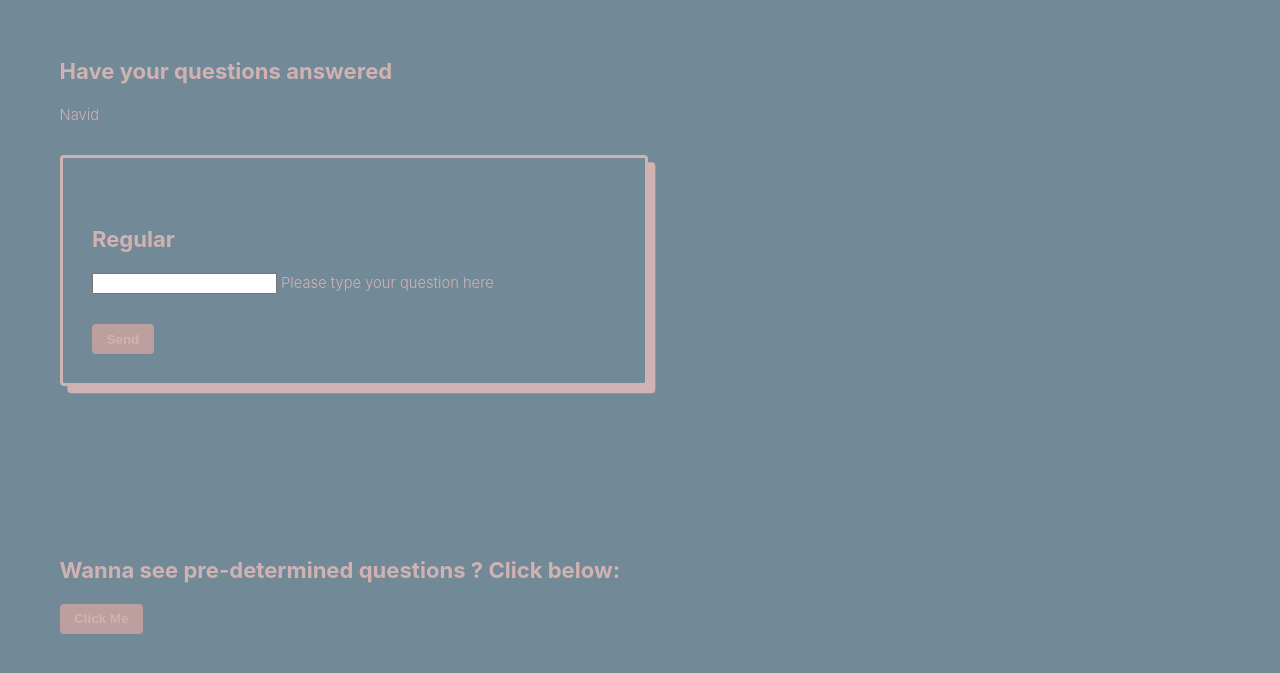
Repository: navid-amini12/capstone-1
Page: quiz.html
The author's editor kept a copy of each file at every save. The page is drawn from the files as they stood at one save, then again after the next save.
The browser window is 1280 px wide. The pictures show the whole page.
Some web fonts or font styles are not loaded; a fallback is used.

Above is the page before, as saved 2022-05-17 13:18:01.

After the next save:
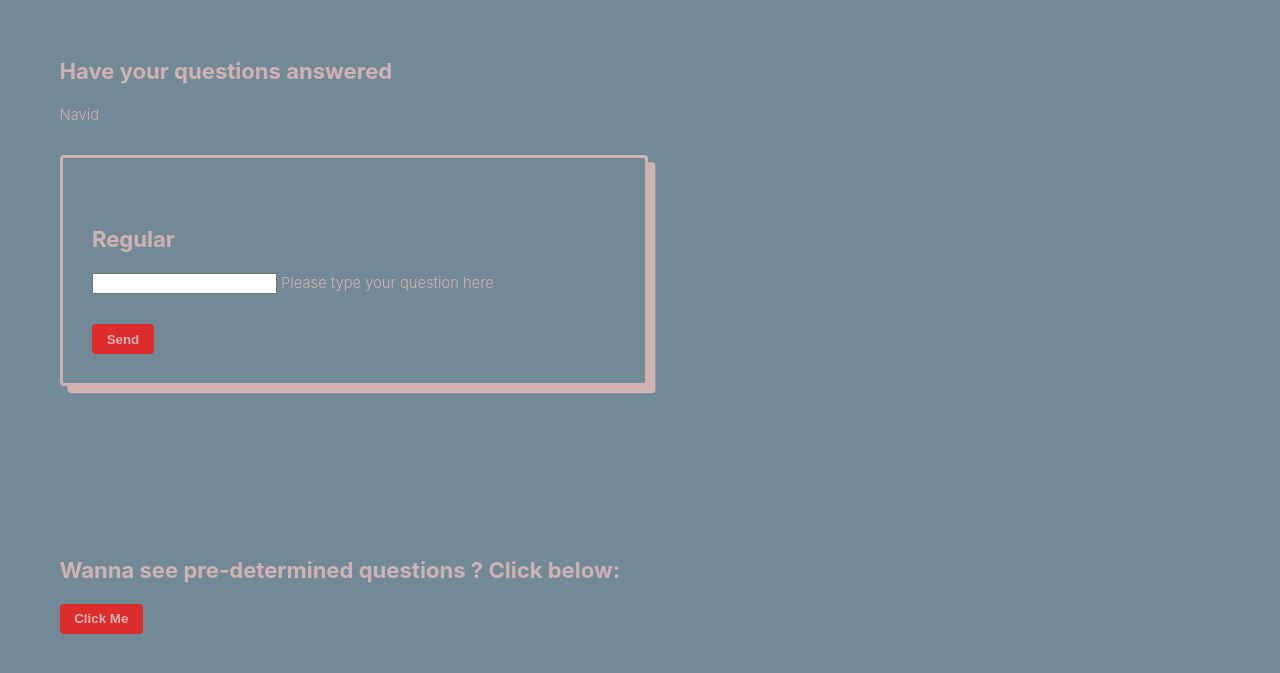
Saved 4 s later.
--- a/quiz.css
+++ b/quiz.css
@@ -3,7 +3,7 @@
 :root {
   --color-light: rgb(114, 137, 152);
   --color-dark: #d1b2b2;
-  --color-signal: #be9f9f;
+  --color-signal: #dd2c2c;
 
   --color-background: var(--color-light);
   --color-text: var(--color-dark);
